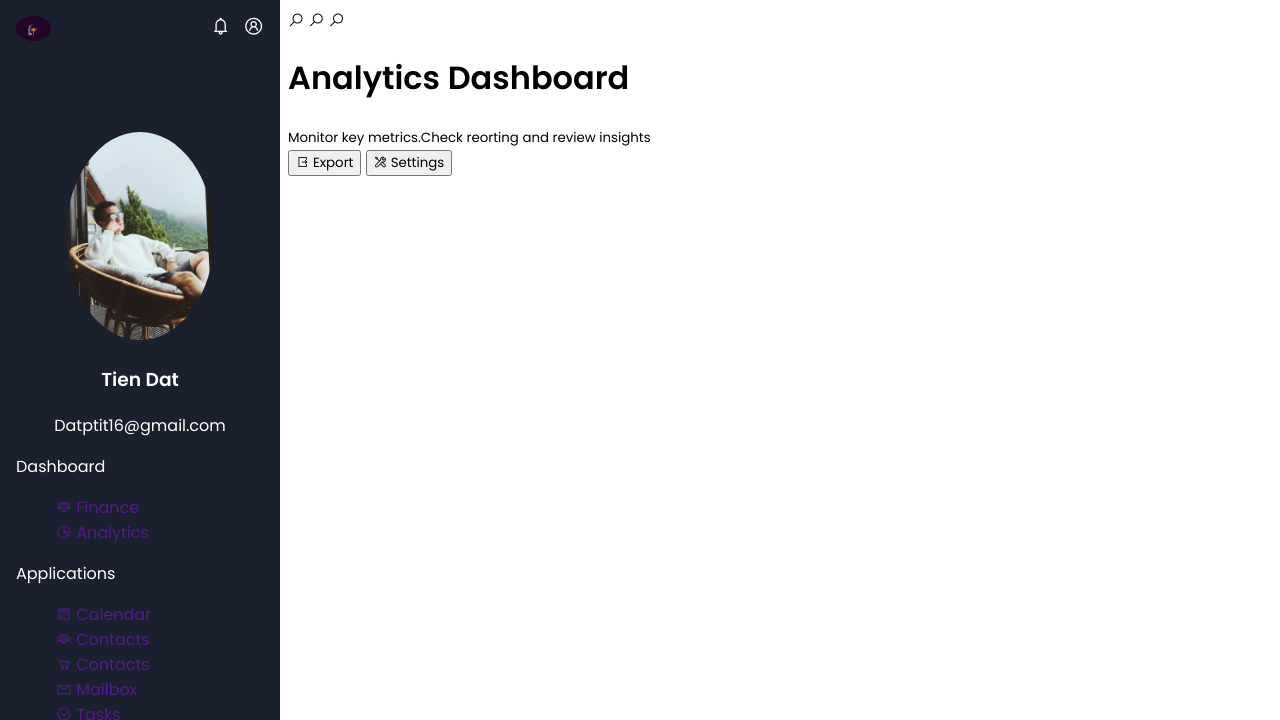
Repository: Datt21/dashboard-fe-project
Page: index.html
An editor plug-in stored every save of this project. The page is shown before and after the next save, followed by the edit.
The browser window is 1280 px wide. The pictures show the whole page.

Above is the page before, as saved 2021-06-08 14:07:52.

After the next save:
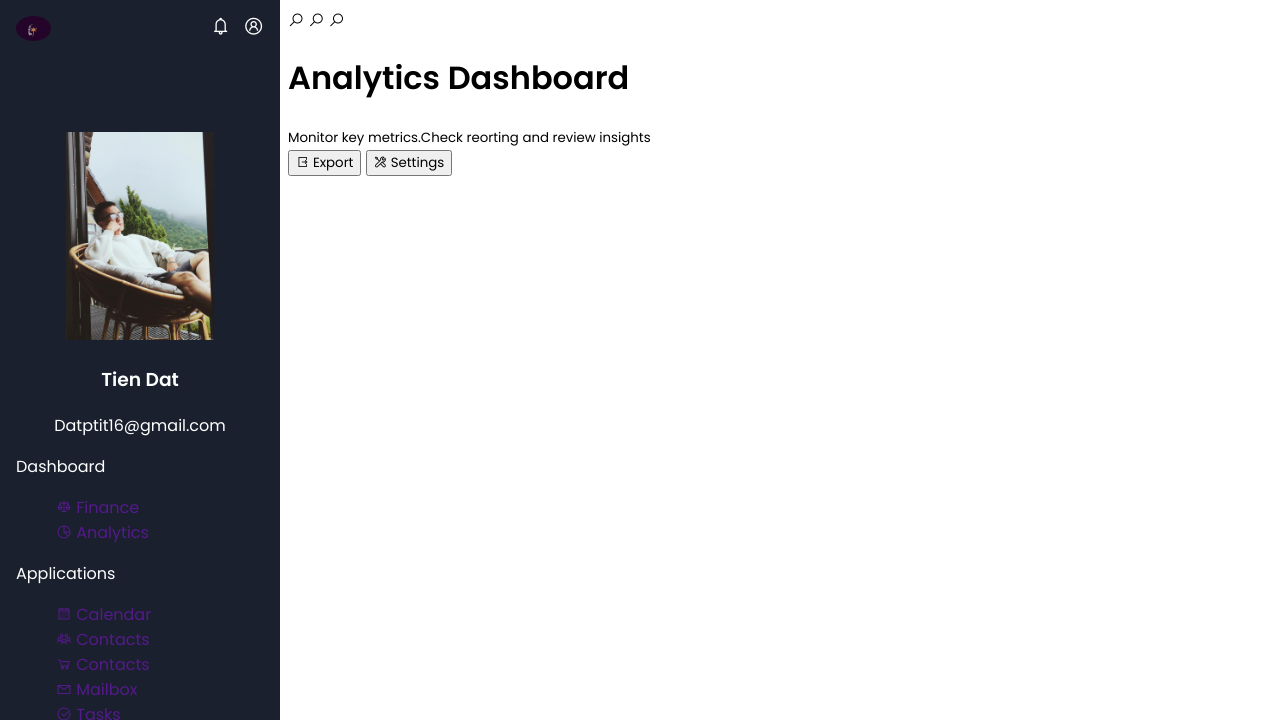
Saved 43 s later.
--- a/assets/css/style.css
+++ b/assets/css/style.css
@@ -48,7 +48,7 @@
 
 .sidebar__user img{
     width: 60%;
-    border-radius: 50%;
+
 }
 
 .main__content{
